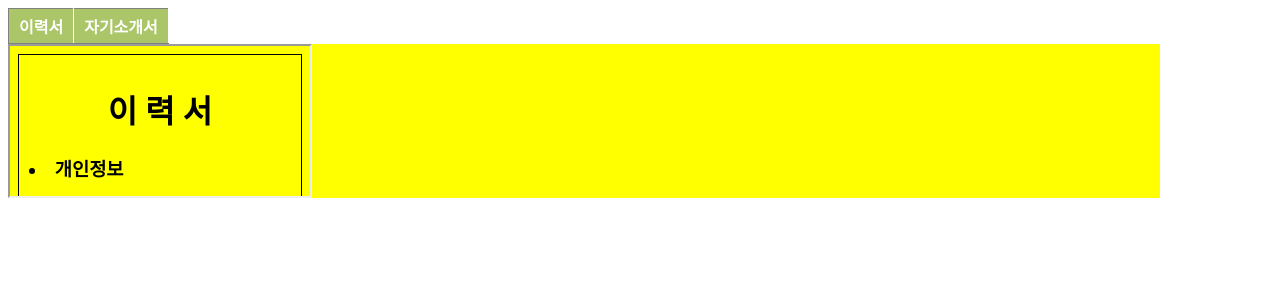
Repository: porivas/140630_Java
Page: http://localhost/web4_resume/totalLayout.jsp
The author's editor kept a copy of each file at every save. The page is drawn from the files as they stood at one save, then again after the next save.
The browser window is 1280 px wide. The pictures show the whole page.
The page is served by Tomcat 9.

Above is the page before, as saved 2014-09-25 08:08:37.

### web4_resume/WebContent/totalLayout.jsp
<%@ page language="java" contentType="text/html; charset=UTF-8"
    pageEncoding="UTF-8"%>
<!DOCTYPE html PUBLIC "-//W3C//DTD HTML 4.01 Transitional//EN" "http://www.w3.org/TR/html4/loose.dtd">
<html>
<head>
<meta http-equiv="Content-Type" content="text/html; charset=UTF-8">
<title>Insert title here</title>
</head>
<body>
		<style type="text/css">
		  table.ex1 {
		     border-collapse: collapse;
		  }
		  .ex1 th, .ex1 td {padding:5px 10px}
			.ex1 caption {font-weight:700; font-size:20px; padding:5px; color:#1BA6B2; text-align:left; margin-bottom:5px}
			.ex1 thead th {background:#ABC668; color:#fff; text-align:center; border-right:1px solid #fff}
			.ex1 tbody th {text-align:left; width:12%}
			.ex1 tbody td.date1 {text-align:center; width:8%}
			.ex1 tbody td.desc {text-align:left; width:35%}
			.ex1 tbody tr.odd {background:#f9f9f9}
			.ex1 tbody tr.odd th {background:#f2f2f2}
			.ex1 tbody tr:hover {background:#F3F5BB}
			.ex1 tbody tr:hover th {background:#F2F684; color:#1BA6B2}
			.ex1 tfoot tr {border-top:6px solid #E9F7F6; color:#1BA6B2}
			.ex1 tfoot th {text-align:left; padding-left:10px}
		html {

		}
			.other, .parent {
			    border: 4px solid green;
			    margin: 5px;
			}
			.me {
			    background-color: yellow;
			    position: absolute;
			    width: 90%
			}
		</style>
		<div id="button">
		<table class="ex1" border="1" >
			<tr align = "left">
				<thead><th scope="col">이력서</th><th scope="col">자기소개서</th></thead>
			</tr>
		</table>
		</div>
		<div class ="me" id="story1" src="resume.jsp">
				<iframe src="resume.jsp">
		<table border="1" width=800	>
			<tr align = "left">
				<td> 칼출칼퇴!
				<br> 수당추구
				<br> 정리해고
				</td>
			</tr>
		</table>
		</iframe>
		</div>
</body>
</html>

### web4_resume/WebContent/resume.jsp
<%@ page language="java" contentType="text/html; charset=UTF-8"
    pageEncoding="UTF-8"%>
<!DOCTYPE html PUBLIC "-//W3C//DTD HTML 4.01 Transitional//EN" "http://www.w3.org/TR/html4/loose.dtd">
<html>
<head>
<meta http-equiv="Content-Type" content="text/html; charset=UTF-8">
<title>이력서 타이틀 입니다.</title>
</head>
<body>
	<div id="background" style="border-top:1px solid; border-bottom:1px solid; border-left:1px solid; border-right:1px solid; padding:10px;">
	<center><h1>이 력 서</h1></center>
		<h3><li>개인정보</h3></li>
		<div id="firstparagraph">
		<type = text/css>
		<style type="text/css">
		  table {
		     border-collapse: collapse;
		  }
		</style>
		<table border="1" width=100%>
			<tr align = "left">
				<td> 이름 </td>	<td> 맹윤호 </td>	<td> 영문 </td>	<td> MAENG YUNHO </td>	<td rowspan=3 width=150 height=210  ><center><img src="images.jpg" width=150 height=210></center></td>
			</tr>
			<tr>
				<td> 생년월일 </td>	<td> 1988-01-30 </td>	<td> 성별 </td>	<td> 남자 </td>
			</tr>
			<tr>
				<td> 주소 </td>	<td> 을지로3가 솔로몬 타워 </td>	<td> 우편번호 </td>	<td> 122-130 </td>
			</tr>
			<tr>
				<td> 한자 </td> <td> 盟潤鎬  </td> <td  colspan=3> 기타 </td>
			</tr>
		</table>
		</div>
		<h3><li>학 력</h3></li>
		<div id="secondparagraph" >
		<style type="text/css">
		  table {
		     border-collapse: collapse;
		  }
		</style>
		<table border="1" width=100%>
			<tr align = "left">
				<td> 학교 </td>	<td> 기간 </td>	<td> 수료여부 </td>
			</tr>
			<tr>
				<td> 세종대학교 </td>	<td> 2007-02-15~ 2013-03-02 </td>	<td> 졸업 </td>
			</tr>
			<tr>
				<td> <br> </td>	<td>  </td>	<td>  </td>
			</tr>
		</table>
		</div>

		<h3><li>프로젝트 경력</h3></li>
		<div id="thirdparagraph" >
		<style type="text/css">
		  table {
		     border-collapse: collapse;
		  }
		</style>
		<table border="1" width=100%>
			<tr align = "left">
				<td> 이름 </td>	<td> 설명 </td>	<td> 기간 </td>
			</tr>
			<tr>
				<td> 비트컴퓨터 프로젝트 </td>	<td> 6개월간의 기간동안 팀프로젝트를 수행 </td>	<td> 2014-07~2014-12 </td>
			</tr>
			<tr>
				<td>  <br> </td>	<td>  </td>	<td>  </td>
			</tr>
		</div>

	</div>
</body>
</html>

After the next save:
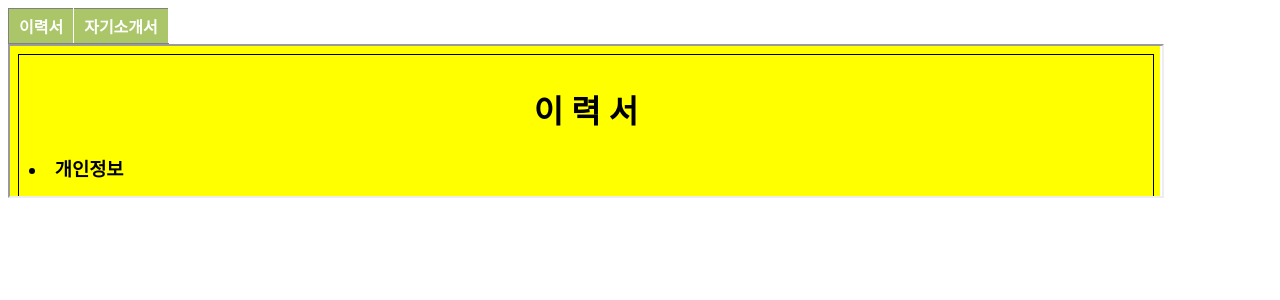
Saved 13 s later.
--- a/web4_resume/WebContent/totalLayout.jsp
+++ b/web4_resume/WebContent/totalLayout.jsp
@@ -44,7 +44,7 @@
 		</table>
 		</div>
 		<div class ="me" id="story1" src="resume.jsp">
-				<iframe src="resume.jsp">
+				<iframe src="resume.jsp" width=100%>
 		<table border="1" width=800	>
 			<tr align = "left">
 				<td> 칼출칼퇴!
